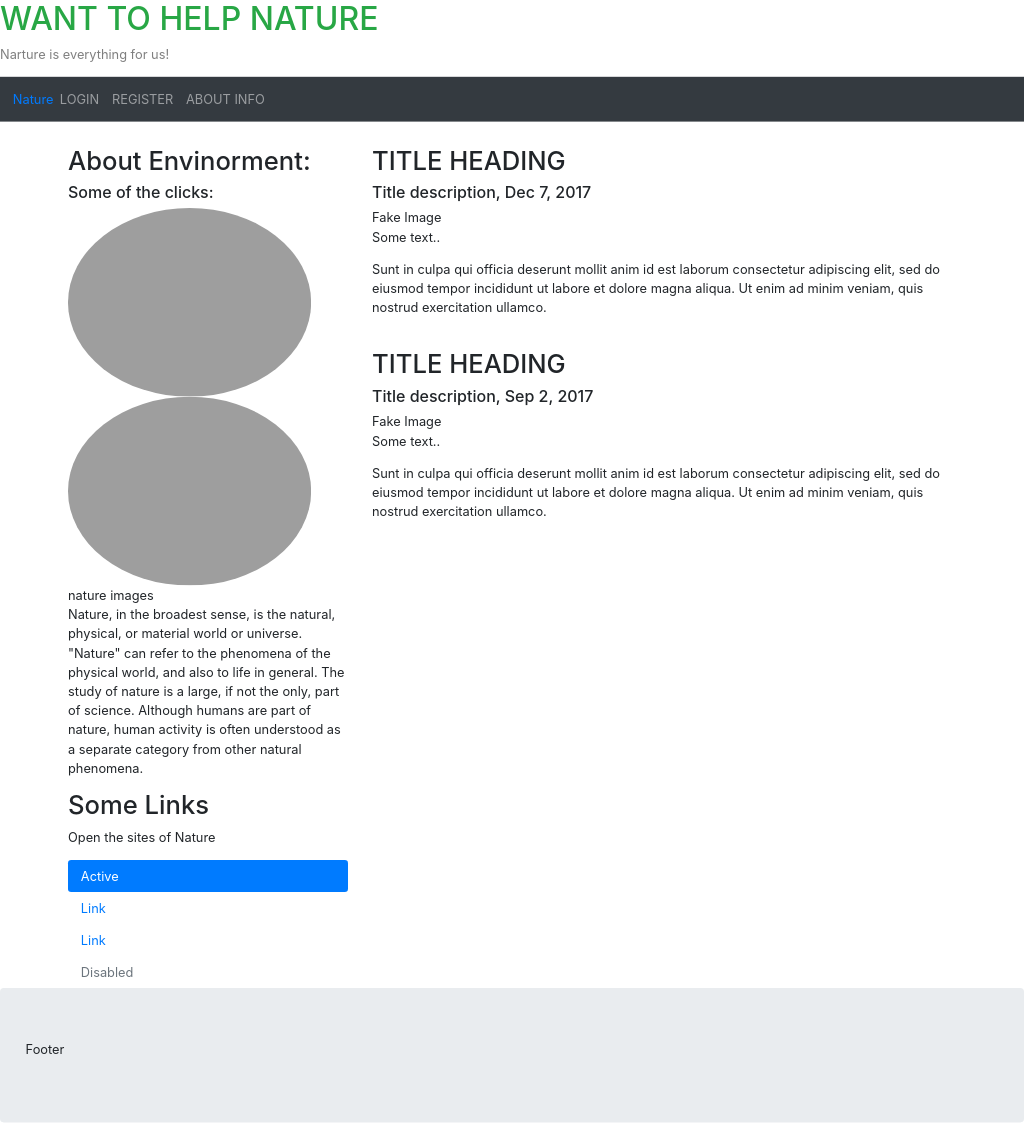
Repository: Apoorvasuswaram/cts
Page: appu/WebContent/main.html
An editor plug-in stored every save of this project. The page is shown before and after the next save, followed by the edit.
The browser window is 1280 px wide. The pictures show the whole page, at 80% of full size.
Pictures or frames that could not be fetched are drawn as grey boxes.

Above is the page before, as saved 2020-01-18 12:01:14.

After the next save:
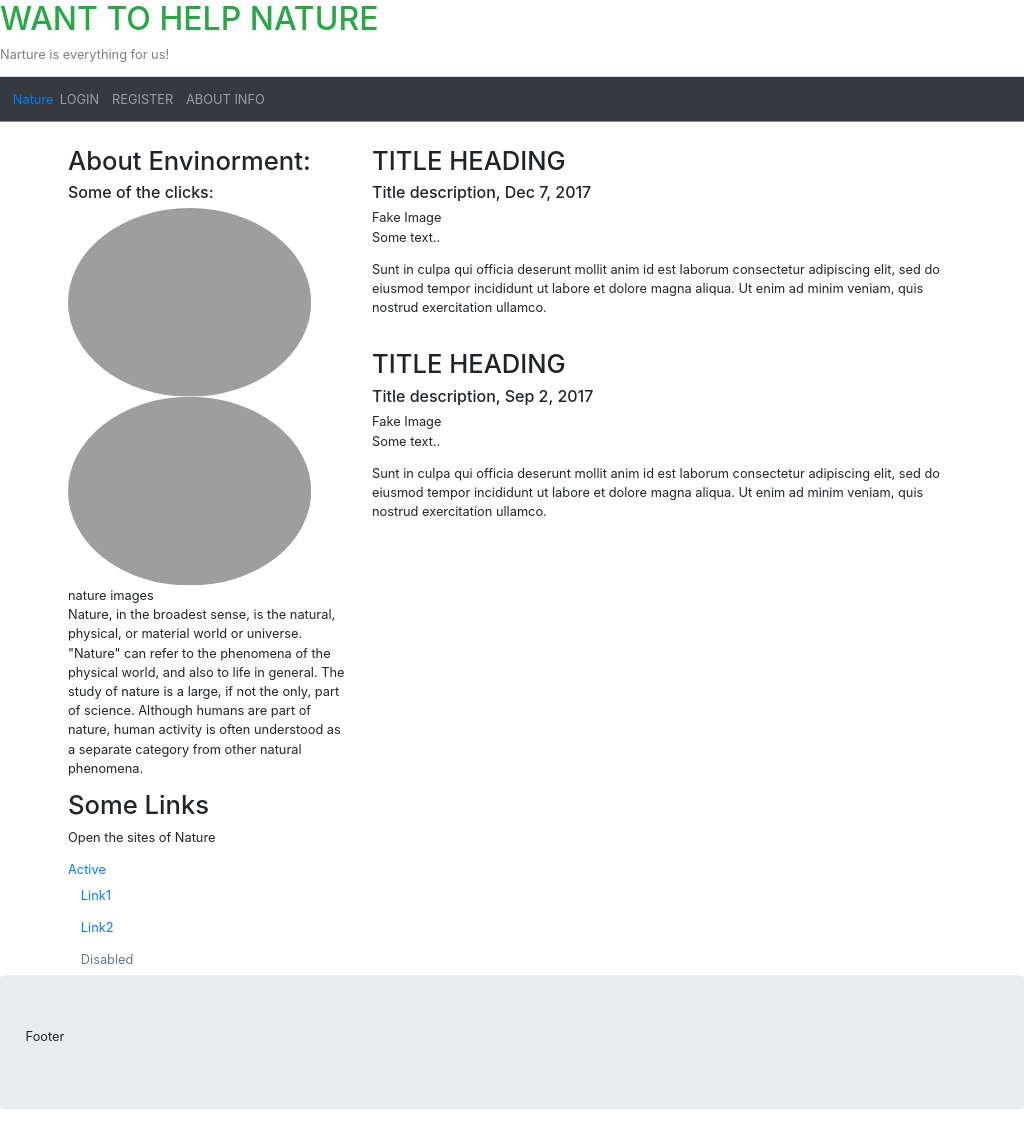
Saved 2 min 41 s later.
--- a/appu/WebContent/main.html
+++ b/appu/WebContent/main.html
@@ -58,13 +58,13 @@
       <p class="text-register">Open the sites of Nature</p>
       <ul class="nav nav-pills flex-column">
         <li class="nav-item">
-          <a class="nav-link active" href="#">Active</a>
+          <a class="nat-link active" href="#">Active</a>
         </li>
         <li class="nav-item">
-          <a class="nav-link" href="#">Link</a>
+          <a class="nav-link" href="https://www.natureasia.com/en">Link1</a>
         </li>
         <li class="nav-item">
-          <a class="nav-link" href="#">Link</a>
+          <a class="nav-link" href="https://www.springernature.com/gp/open-research/journals-books/journals">Link2</a>
         </li>
         <li class="nav-item">
           <a class="nav-link disabled" href="#">Disabled</a>
